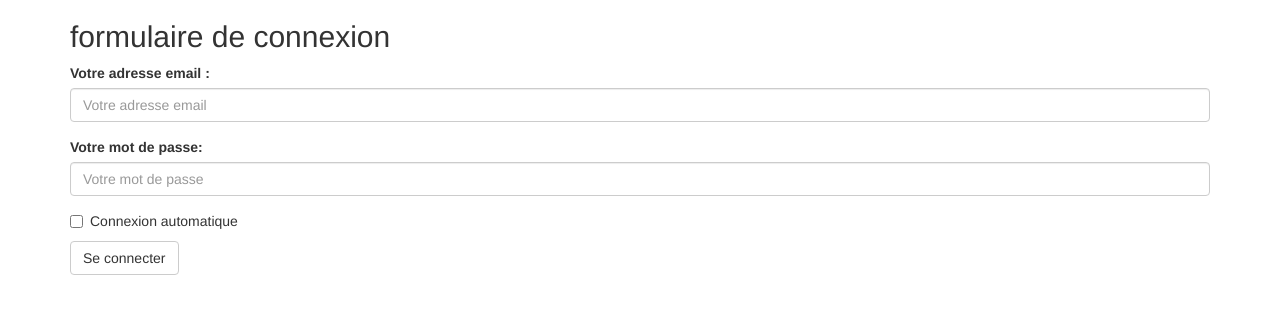
Repository: lemzoo/formation_Java8
Page: EspaceMembre/srcHTML/formulaireConnexion.html
An editor plug-in stored every save of this project. The page is shown before and after the next save, followed by the edit.
The browser window is 1280 px wide. The pictures show the whole page.

Above is the page before, as saved 2016-06-10 11:11:58.

### EspaceMembre/srcHTML/formulaireConnexion.html
<!DOCTYPE html>
<html lang="en">
<head>
  <title>Bootstrap Example</title>
  <meta charset="utf-8">
  <meta name="viewport" content="width=device-width, initial-scale=1">
  <link rel="stylesheet" href="http://maxcdn.bootstrapcdn.com/bootstrap/3.3.6/css/bootstrap.min.css">
  <script src="https://ajax.googleapis.com/ajax/libs/jquery/1.12.2/jquery.min.js"></script>
  <script src="http://maxcdn.bootstrapcdn.com/bootstrap/3.3.6/js/bootstrap.min.js"></script>
</head>
<body>

<div class="container">
  <h2>formulaire de connexion</h2>
  <form role="form">
    <div class="form-group">
      <label for="emailSaisi">Votre adresse email :</label>
      <input type="email" class="form-control" name="emailSaisi" placeholder="Votre adresse email">
    </div>
    <div class="form-group">
      <label for="passwordSaisi">Votre mot de passe:</label>
      <input type="password" class="form-control" name="passwordSaisi" placeholder="Votre mot de passe">
    </div>
    <div class="checkbox">
      <label><input type="checkbox"> Connexion automatique</label>
    </div>
    <button type="submit" class="btn btn-default">Se connecter</button>
  </form>
</div>

</body>
</html>

After the next save:
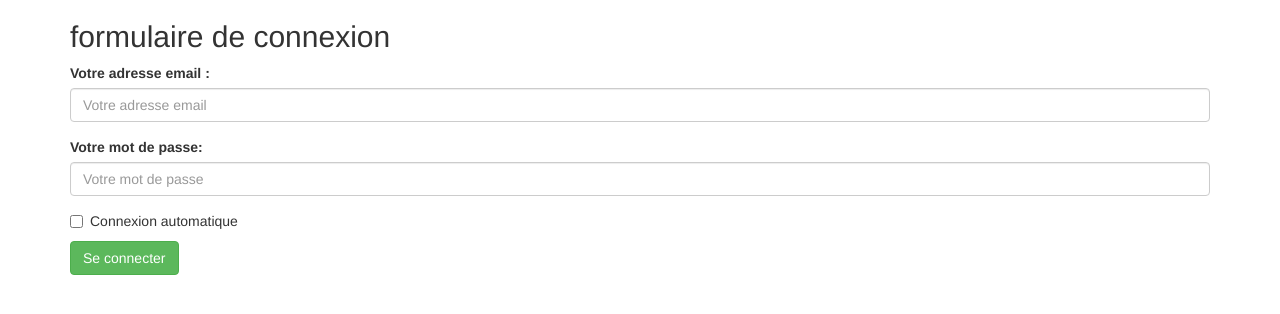
Saved 27 s later.
--- a/EspaceMembre/srcHTML/formulaireConnexion.html
+++ b/EspaceMembre/srcHTML/formulaireConnexion.html
@@ -24,7 +24,7 @@
     <div class="checkbox">
       <label><input type="checkbox"> Connexion automatique</label>
     </div>
-    <button type="submit" class="btn btn-default">Se connecter</button>
+    <button type="submit" class="btn btn-success">Se connecter</button>
   </form>
 </div>
 
